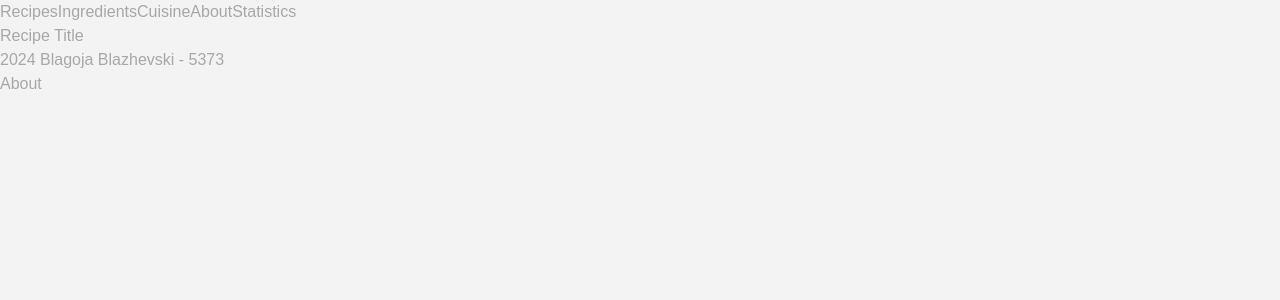
Repository: sweko/uacs-internet-programming-exams
Page: /Recipes (app in part-time/code/5373-blagoja-blazevski/final-exam-internet-programming/)
These files come from the project's save history. The page is drawn as it stood at one moment and after the next save; the edit follows.
The browser window is 1280 px wide. The pictures show the whole page.
The page's requests for data from a server got no answer. The project was rebuilt for these pictures with package versions that can differ from the ones it lists, and the page was loaded fresh each time. The framework's server and built-in components were replaced by stand-ins that run in the browser. No one was signed in, and anything a server would have sent is missing. Also part of the build but not shown: part-time/code/5373-blagoja-blazevski/final-exam-internet-programming/next.config.mjs.

Above is the page before, as saved 2024-10-01 20:56:51.

### part-time/code/5373-blagoja-blazevski/final-exam-internet-programming/app/layout.tsx
import type { Metadata } from "next";
import localFont from "next/font/local";
import "./globals.css";
import Footer from "@/components/Footer";
import Header from "@/components/Header";

export const metadata: Metadata = {
  title: "Blagoja Blazhevski - 5373",
  description: "Solution for final exam",
};

export default function RootLayout({
  children,
}: Readonly<{
  children: React.ReactNode;
}>) {
  return (
    <html lang="en">
      <body>
        <div className="flex flex-col min-h-screen bg-background text-[#1c1c20]">
          <Header />
          {children}
          <Footer />
        </div>
      </body>
    </html>
  );
}

### part-time/code/5373-blagoja-blazevski/final-exam-internet-programming/app/Recipes/page.tsx
"use client";

import { Card, CardHeader, CardTitle } from "@/components/Card";
import useFetchData from "@/utils/CallAxiosMethod";
import Image from "next/image";
import { usePathname, useRouter, useSearchParams } from "next/navigation";
import { useEffect } from "react";

export default function Recipes() {
  const router = useRouter();

  const objectName = usePathname().substring(1);
  console.log(objectName);

  const res = useFetchData({ objectName, method: "GET" });

  useEffect(() => {
    if (!res.isLoading) {
      if (res.status === 200) {
        console.log(res.data);
      }
    }
  }, [res.isLoading]);

  return (
    <main className="flex-1">
      <section className="w-full py-16 lg:py-14">
        <div className="flex flex-col items-center space-y-4 text-center">
          <div className="grid gap-4 md:grid-cols-5">
            <Card>
              <CardHeader>
                <CardTitle>Recipe Title</CardTitle>
              </CardHeader>
            </Card>
          </div>
        </div>
      </section>
    </main>
  );
}

### part-time/code/5373-blagoja-blazevski/final-exam-internet-programming/app/globals.css
@tailwind base;
@tailwind components;
@tailwind utilities;

:root {
  --background: #f3f3f3;
  --foreground: #a7a7a7;
}

body {
  color: var(--foreground);
  background: var(--background);
  font-family: Arial, Helvetica, sans-serif;
}

@layer utilities {
  .text-balance {
    text-wrap: balance;
  }
}

### part-time/code/5373-blagoja-blazevski/final-exam-internet-programming/components/Footer.tsx
import Link from "next/link";
import React from "react";

const Footer = () => {
  const student = {
    id: 5373,
    name: "Blagoja Blazhevski",
  };
  return (
    <footer className="flex flex-col gap-2 sm:flex-row py-6 w-full shrink-0 items-center px-4 md:px-6 border-t">
      <p className="text-xs text-muted-foreground">
        {new Date().getFullYear()} {student.name} - {student.id}
      </p>
      <nav className="sm:ml-auto flex gap-4 sm:gap-6">
        <Link className="text-xs hover:underline underline-offset-4" href="#">
          About
        </Link>
      </nav>
    </footer>
  );
};

export default Footer;

### part-time/code/5373-blagoja-blazevski/final-exam-internet-programming/components/Header.tsx
import Link from "next/link";
import React from "react";

const Header = () => {
  return (
    <header className="px-4 lg:px-6 h-14 flex items-center bg-[#ff5353] text-white">
      <nav className="ml-auto flex gap-4 sm:gap-6">
        <Link
          className="text-sm font-medium hover:underline underline-offset-4"
          href="/Recipes"
        >
          Recipes
        </Link>
        <Link
          className="text-sm font-medium hover:underline underline-offset-4"
          href="#"
        >
          Ingredients
        </Link>
        <Link
          className="text-sm font-medium hover:underline underline-offset-4"
          href="#"
        >
          Cuisine
        </Link>
        <Link
          className="text-sm font-medium hover:underline underline-offset-4"
          href="#"
        >
          About
        </Link>
        <Link
          className="text-sm font-medium hover:underline underline-offset-4"
          href="#"
        >
          Statistics
        </Link>
      </nav>
    </header>
  );
};

export default Header;

### part-time/code/5373-blagoja-blazevski/final-exam-internet-programming/components/Card.tsx
import * as React from "react";

const Card = React.forwardRef<
  HTMLDivElement,
  React.HTMLAttributes<HTMLDivElement>
>(({ className, ...props }, ref) => (
  <div
    ref={ref}
    className={"rounded-xl border bg-card text-card-foreground shadow"}
    {...props}
  />
));
Card.displayName = "Card";

const CardHeader = React.forwardRef<
  HTMLDivElement,
  React.HTMLAttributes<HTMLDivElement>
>(({ className, ...props }, ref) => (
  <div ref={ref} className={"flex flex-col space-y-1.5 p-3"} {...props} />
));
CardHeader.displayName = "CardHeader";

const CardTitle = React.forwardRef<
  HTMLParagraphElement,
  React.HTMLAttributes<HTMLHeadingElement>
>(({ className, ...props }, ref) => (
  <h3
    ref={ref}
    className={"font-semibold leading-none tracking-tight"}
    {...props}
  />
));
CardTitle.displayName = "CardTitle";

const CardDescription = React.forwardRef<
  HTMLParagraphElement,
  React.HTMLAttributes<HTMLParagraphElement>
>(({ className, ...props }, ref) => (
  <p ref={ref} className={"text-sm text-muted-foreground"} {...props} />
));
CardDescription.displayName = "CardDescription";

const CardContent = React.forwardRef<
  HTMLDivElement,
  React.HTMLAttributes<HTMLDivElement>
>(({ className, ...props }, ref) => (
  <div ref={ref} className={"p-2 pt-0"} {...props} />
));
CardContent.displayName = "CardContent";

const CardFooter = React.forwardRef<
  HTMLDivElement,
  React.HTMLAttributes<HTMLDivElement>
>(({ className, ...props }, ref) => (
  <div ref={ref} className={"flex items-center p-6 pt-0"} {...props} />
));
CardFooter.displayName = "CardFooter";

export {
  Card,
  CardHeader,
  CardFooter,
  CardTitle,
  CardDescription,
  CardContent,
};

### part-time/code/5373-blagoja-blazevski/final-exam-internet-programming/utils/CallAxiosMethod.ts
import { useState, useEffect } from "react";
import axios, { AxiosError, AxiosResponse, Method } from "axios";
import { IData, IFetchOptions } from "./CommonInterfaces";

const useFetchData = ({ objectName, method, body }: IFetchOptions) => {
  const [isLoading, setIsLoading] = useState<boolean>(true);
  const [data, setData] = useState<IData[] | IData>([]);
  const [status, setStatus] = useState<number>(0);
  const [error, setError] = useState<string | null>(null);

  const url = `http://localhost:2999/${objectName}`;

  useEffect(() => {
    const fetchData = async () => {
      setIsLoading(true);
      try {
        let res: AxiosResponse;
        if (method === "GET" || method === "DELETE") {
          res = await axios({ url, method });
        } else if (method === "POST" || method === "PATCH") {
          res = await axios({ url, method, data: body });
        } else {
          throw new Error("Unsupported method");
        }
        setData(res.data);
        setStatus(res.status);
        setError(null);
      } catch (err: AxiosError | any) {
        setData([]);
        setStatus(err.response?.status || 500);
        setError(err.message);
      } finally {
        setIsLoading(false);
      }
    };

    fetchData();
  }, []);

  return { isLoading, data, status, error };
};

export default useFetchData;

After the next save:
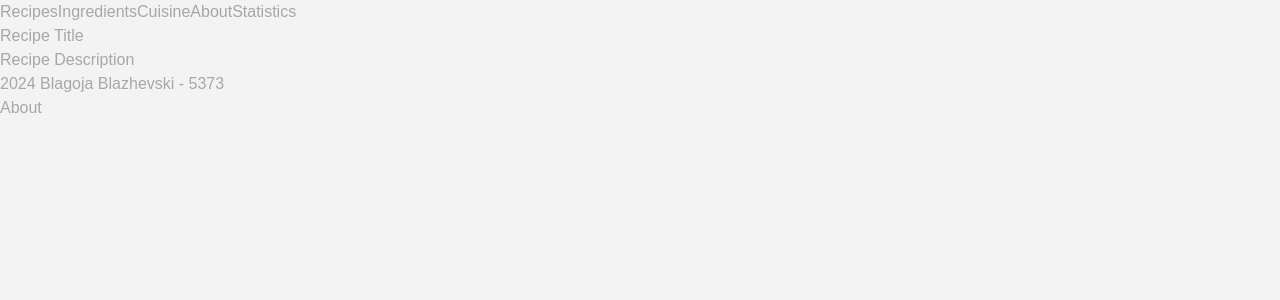
Saved 8 s later.
--- a/part-time/code/5373-blagoja-blazevski/final-exam-internet-programming/app/Recipes/page.tsx
+++ b/part-time/code/5373-blagoja-blazevski/final-exam-internet-programming/app/Recipes/page.tsx
@@ -1,6 +1,11 @@
 "use client";
 
-import { Card, CardHeader, CardTitle } from "@/components/Card";
+import {
+  Card,
+  CardDescription,
+  CardHeader,
+  CardTitle,
+} from "@/components/Card";
 import useFetchData from "@/utils/CallAxiosMethod";
 import Image from "next/image";
 import { usePathname, useRouter, useSearchParams } from "next/navigation";
@@ -30,6 +35,7 @@ export default function Recipes() {
             <Card>
               <CardHeader>
                 <CardTitle>Recipe Title</CardTitle>
+                <CardDescription>Recipe Description</CardDescription>
               </CardHeader>
             </Card>
           </div>
